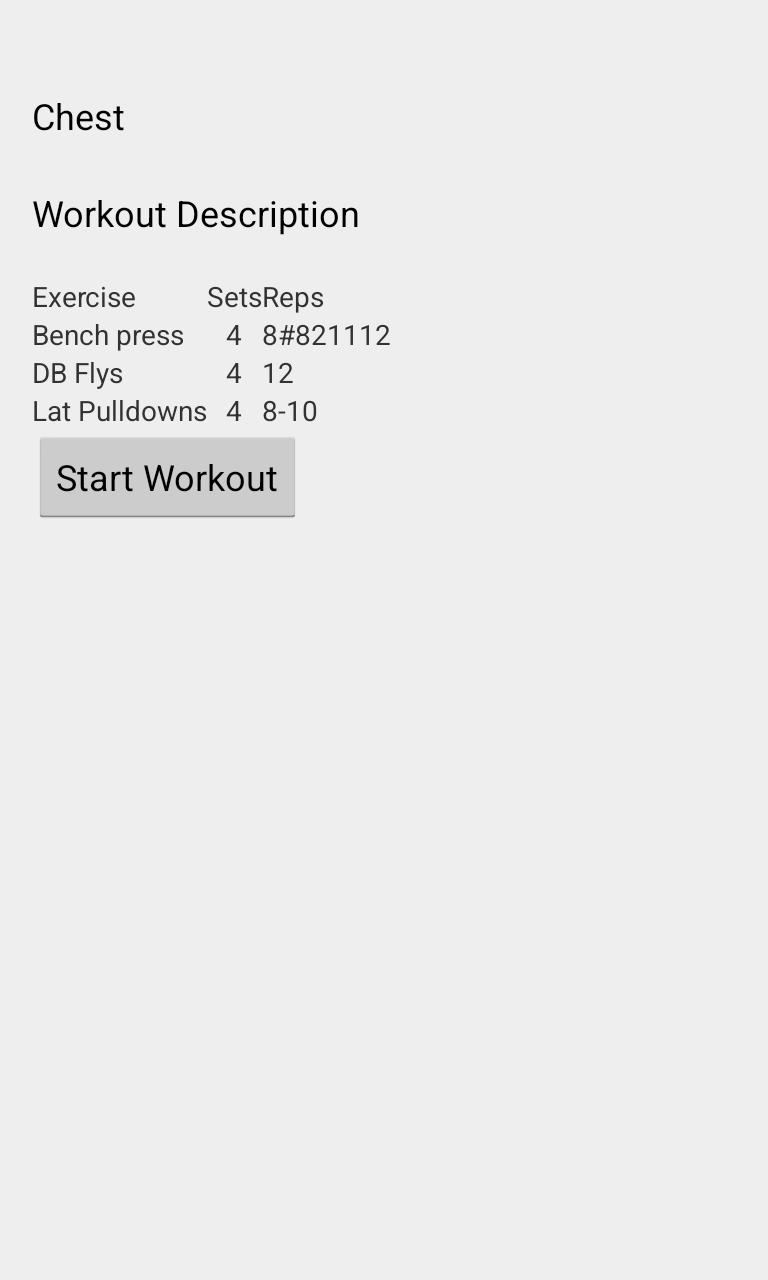
Repository: jmcdon09/EZWorkout
Layout: EzTrain/EzTrain/res/layout/activity_preview_workout.xml
The author's editor kept a copy of each file at every save. The layout is drawn from the files as they stood at one save, then again after the next save.
It is drawn on a 768 x 1280 px phone screen (xhdpi) without system bars, with theme AppTheme; the app's code is not run.

Above is the layout before, as saved 2014-03-30 14:15:11.

After the next save:
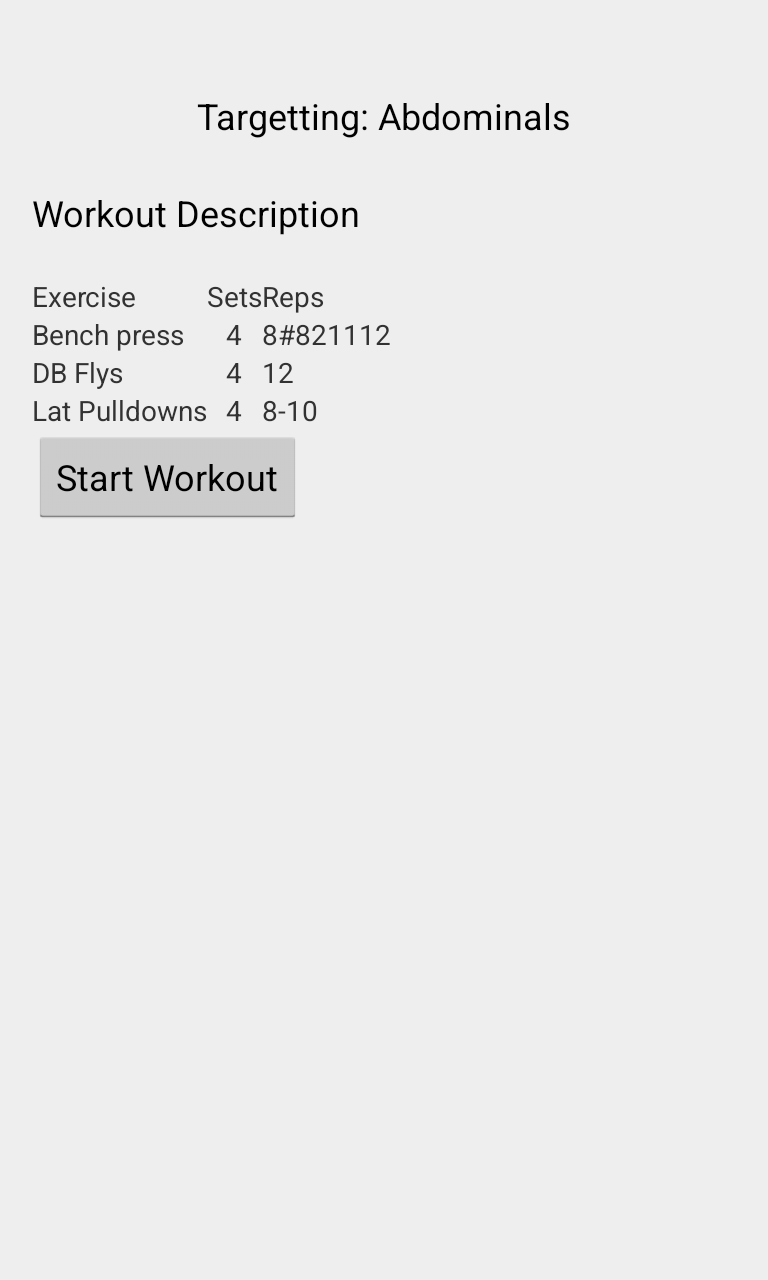
Saved 49 s later.
--- a/EzTrain/EzTrain/res/layout/activity_preview_workout.xml
+++ b/EzTrain/EzTrain/res/layout/activity_preview_workout.xml
@@ -22,7 +22,8 @@
         android:id="@+id/preview_workout_msucle_group"
         android:layout_width="wrap_content"
         android:layout_height="wrap_content"
-        android:text="Chest"
+        android:layout_gravity="center"
+        android:text="Targetting: Abdominals"
         android:textAppearance="?android:attr/textAppearanceMedium" />
 
     <TextView
